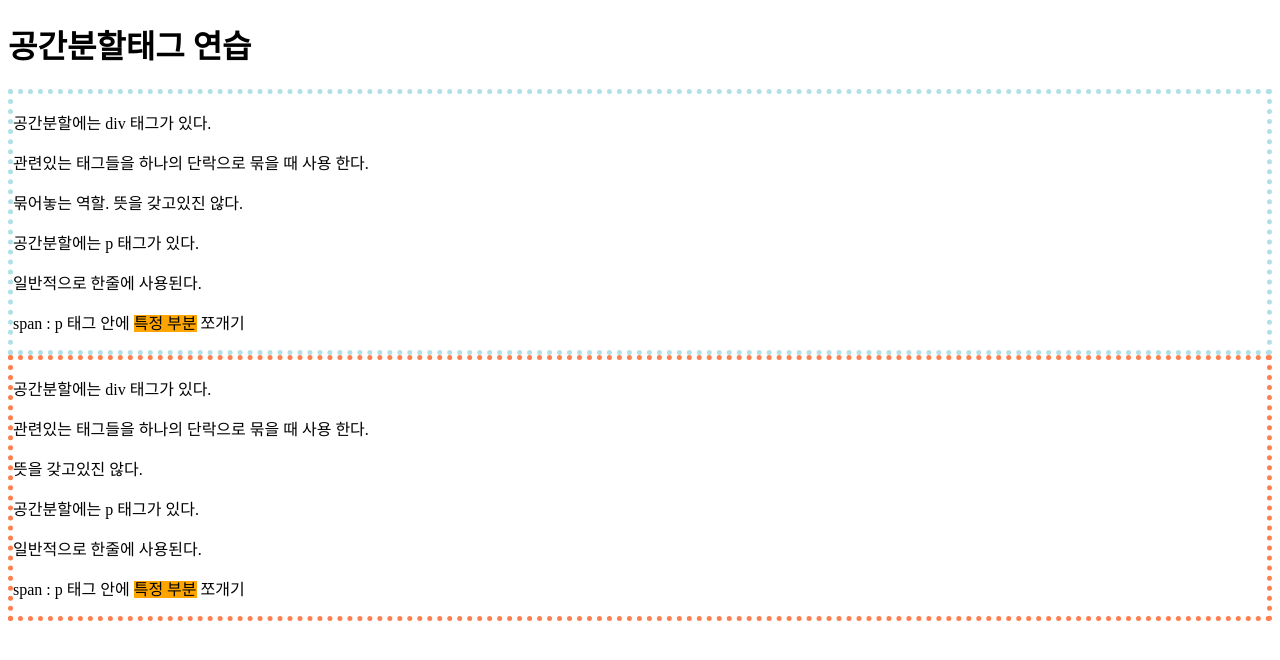
Repository: 753kg/753kg.github.io
Page: KOSTA/webProject/WebContent/02/공간분할태그.html
An editor plug-in stored every save of this project. The page is shown before and after the next save, followed by the edit.
The browser window is 1280 px wide. The pictures show the whole page.

Above is the page before, as saved 2021-03-29 03:39:37.

After the next save:
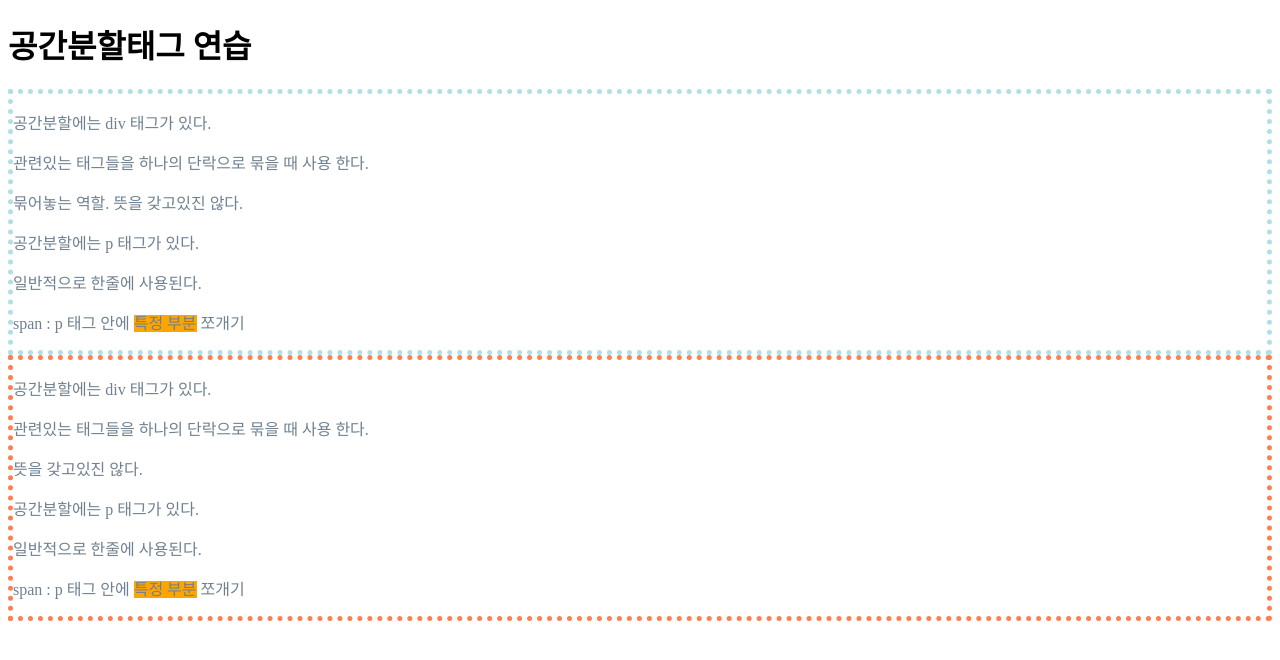
Saved 41 s later.
--- a/KOSTA/webProject/WebContent/02/공간분할태그.html
+++ b/KOSTA/webProject/WebContent/02/공간분할태그.html
@@ -7,6 +7,7 @@
 	.aa{ border:5px dotted powderblue; }
 	.bb{ border:5px dotted coral; }
 	span{ background-color:orange; }
+	p{color:SlateGray;}
 </style>
 
 </head>
